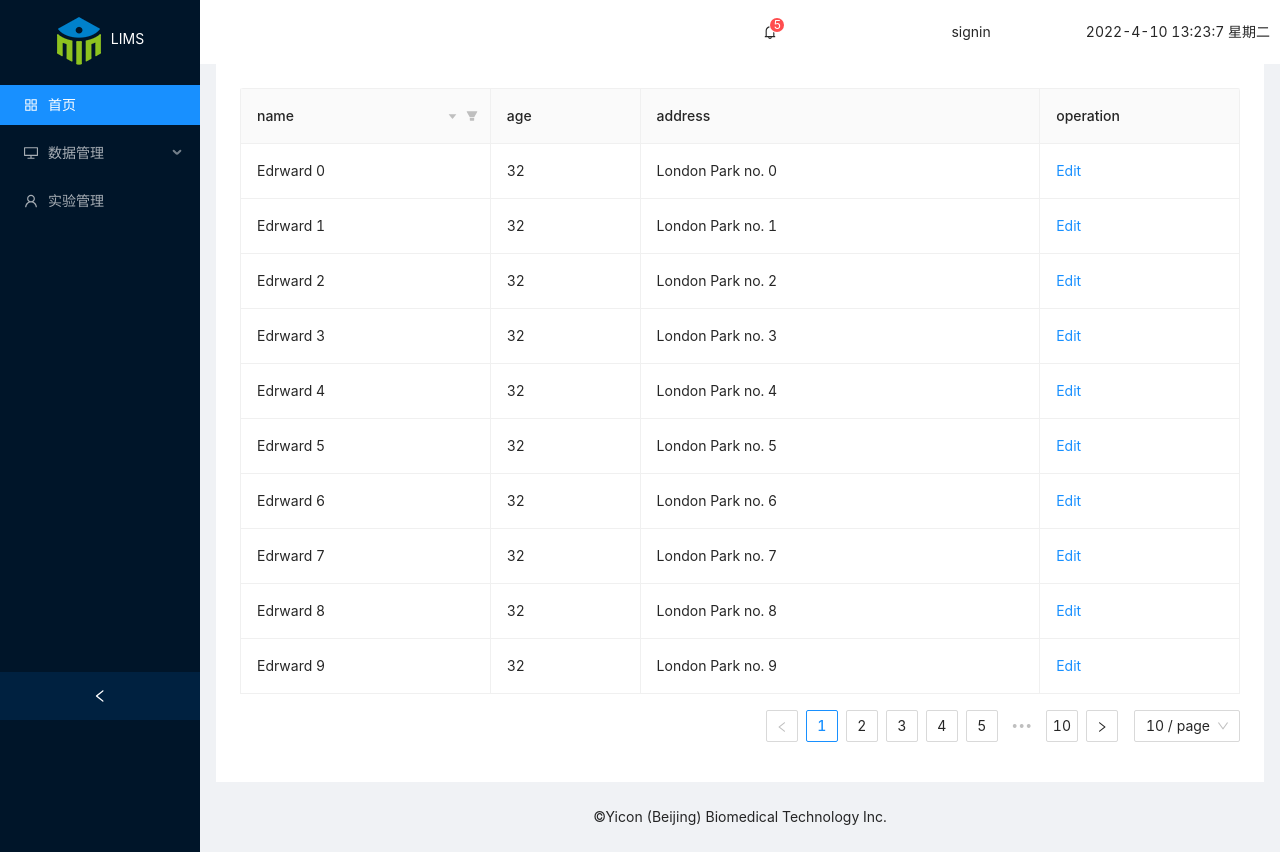
Repository: cornerdream/lims
Page: /sample
An editor plug-in stored every save of this project. The page is shown before and after the next save, followed by the edit.
The browser window is 1280 px wide. The pictures show the whole page.
The project was rebuilt for these pictures with package versions that can differ from the ones it lists, and the page was loaded fresh each time. Also part of the build but not shown: src/components/core/home.js, src/components/core/signin.js, src/components/core/moreOrder.js, src/components/core/moreSample.js, src/components/core/moreReport.js, src/components/core/moreProject.js, src/components/core/moreResources.js, src/components/views/data.js.

Above is the page before, as saved 2022-05-16 09:32:26.

After the next save:
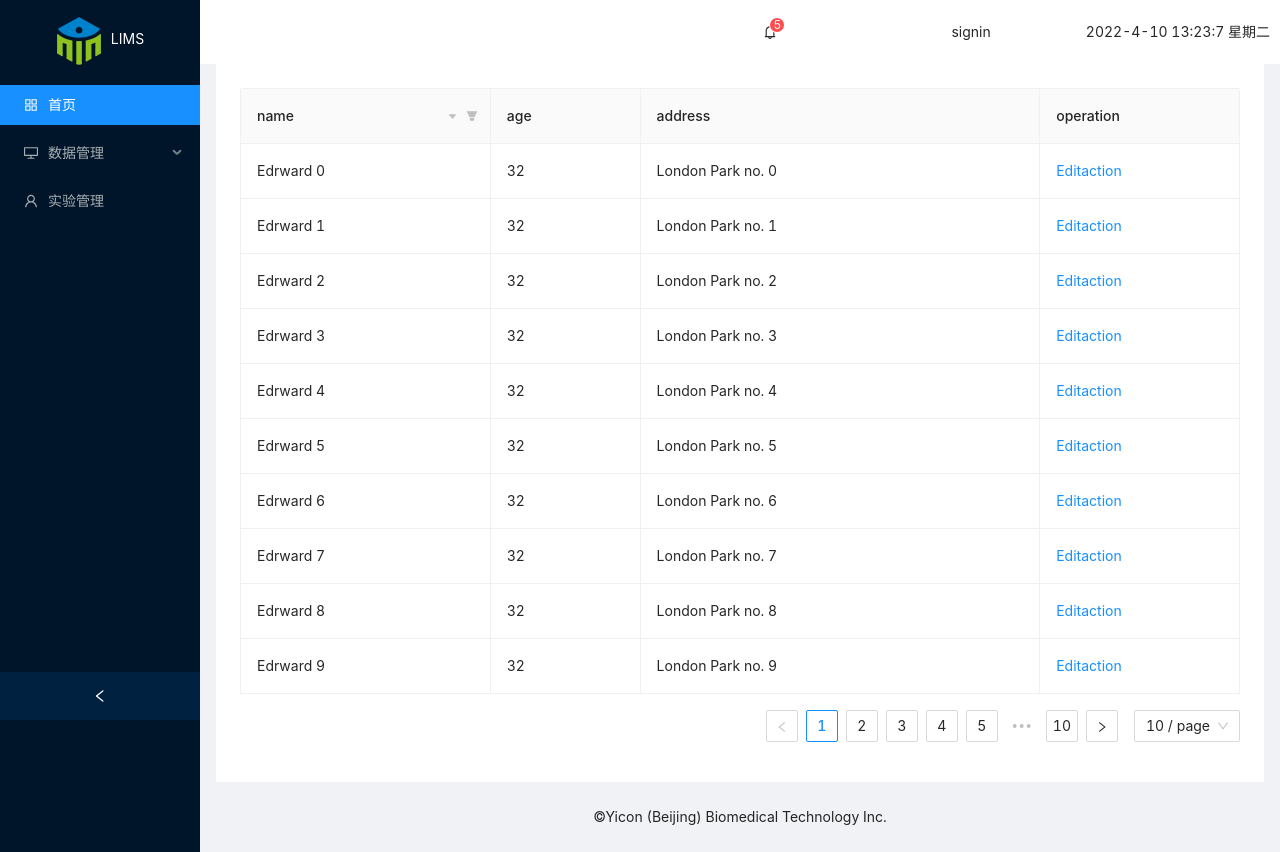
Saved 33 s later.
--- a/src/components/core/table.js
+++ b/src/components/core/table.js
@@ -278,7 +278,7 @@
             </span>
           ) : (
             <Typography.Link disabled={editingKey !== ''} onClick={() => edit(record)}>
-              Edit
+              <a>Edit</a><a>action</a>
             </Typography.Link>
           );
         },

After the save that followed:
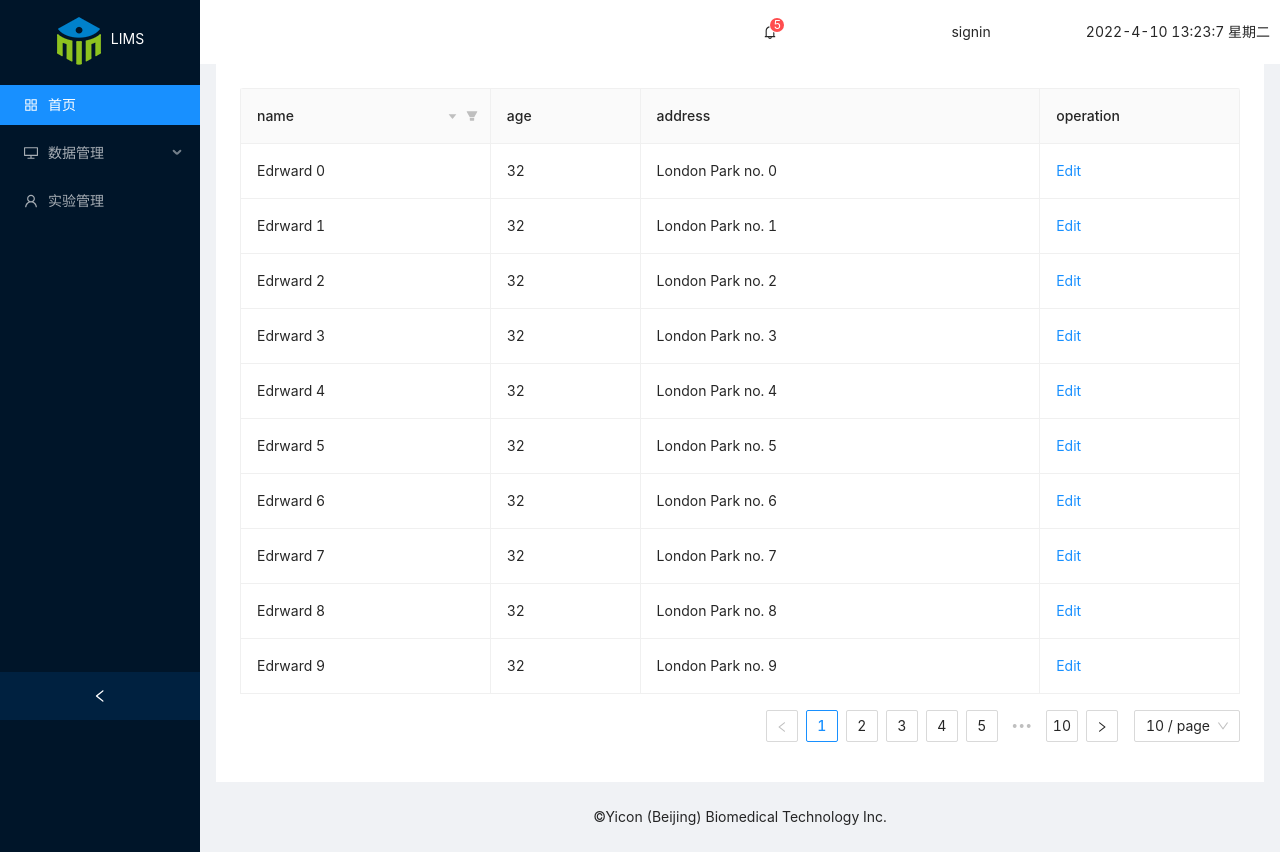
Saved 19 s later.
--- a/src/components/core/table.js
+++ b/src/components/core/table.js
@@ -278,7 +278,7 @@
             </span>
           ) : (
             <Typography.Link disabled={editingKey !== ''} onClick={() => edit(record)}>
-              <a>Edit</a><a>action</a>
+              Edit
             </Typography.Link>
           );
         },
